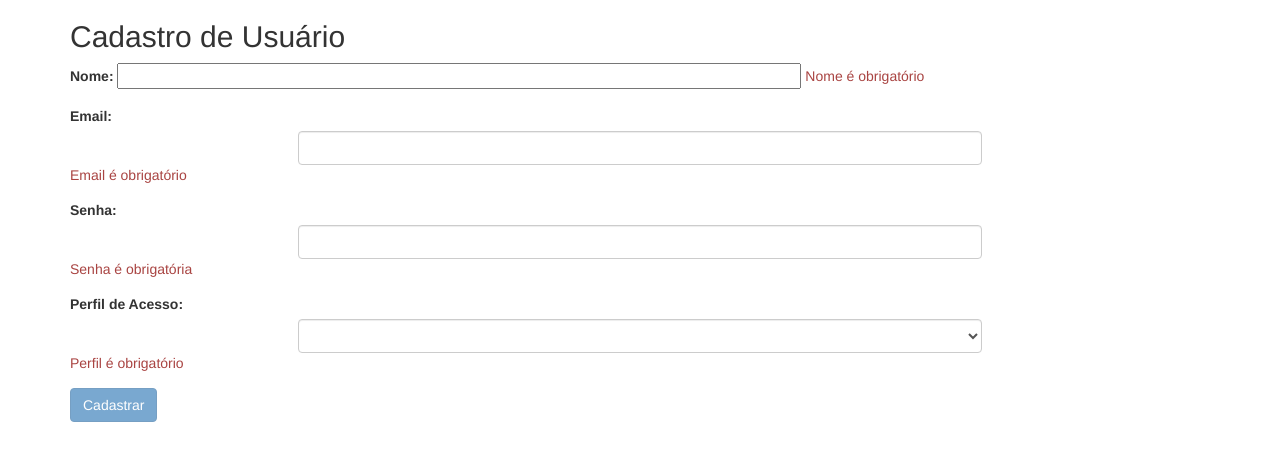
Repository: AndersonSchinemann/ProjetoSaas
Page: TopData/src/main/resources/static/views/cadastro.html
The author's editor kept a copy of each file at every save. The page is drawn from the files as they stood at one save, then again after the next save.
The browser window is 1280 px wide. The pictures show the whole page.

Above is the page before, as saved 2023-11-13 16:43:35.

After the next save:
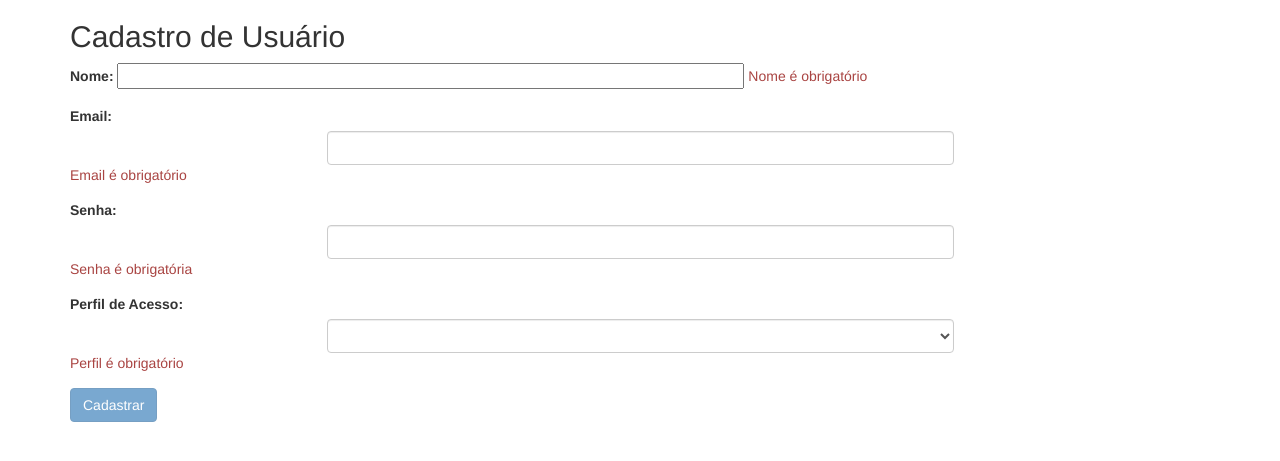
Saved 61 s later.
--- a/TopData/src/main/resources/static/views/cadastro.html
+++ b/TopData/src/main/resources/static/views/cadastro.html
@@ -8,7 +8,7 @@
 <style>
   /* Adicione um estilo personalizado para ajustar a largura dos inputs */
   .custom-width-input {
-    width: 60%; /* Largura desejada */
+    width: 55%; /* Largura desejada */
     margin: auto; /* Para centralizar horizontalmente */
   }
 </style>
@@ -21,7 +21,7 @@
   <form name="formulario" ng-app>
     <div class="form-group text-left">
       <label for="nome">Nome:</label>
-      <input type="text" class="custom-width-input" id="nome" ng-model="usuario.nome" name="nome" required>
+      <input type="text" class="form-group text-left custom-width-input" id="nome" ng-model="usuario.nome" name="nome" required>
       <span ng-class="{'text-danger': formulario.nome.$error.required}" ng-show="formulario.nome.$error.required">Nome é obrigatório</span>
     </div>
 
